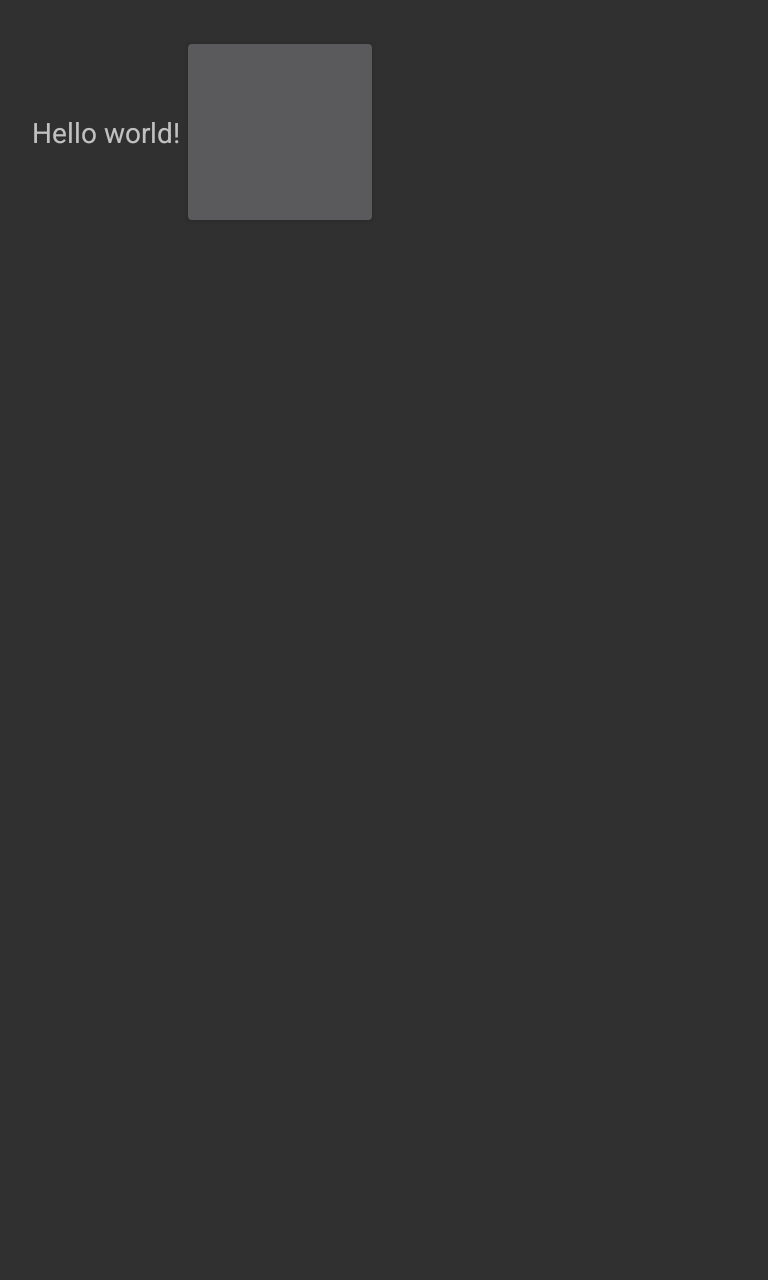
Repository: CarathrynBeutel/CSCI-448
Layout: Project 2/workspace/TicTacToe/res/layout/activity_main.xml
The author's editor kept a copy of each file at every save. The layout is drawn from the files as they stood at one save, then again after the next save.
It is drawn on a 768 x 1280 px phone screen (xhdpi) without system bars, with theme Theme.AppCompat; the app's code is not run.

Above is the layout before, as saved 2015-03-29 18:42:49.

### Project 2/workspace/TicTacToe/res/layout/activity_main.xml
<LinearLayout xmlns:android="http://schemas.android.com/apk/res/android"
    xmlns:tools="http://schemas.android.com/tools"
    android:layout_width="match_parent"
    android:layout_height="match_parent"
    android:paddingBottom="@dimen/activity_vertical_margin"
    android:paddingLeft="@dimen/activity_horizontal_margin"
    android:paddingRight="@dimen/activity_horizontal_margin"
    android:paddingTop="@dimen/activity_vertical_margin"
    tools:context="com.example.tictactoe.MainActivity" >

    <TextView
        android:layout_width="wrap_content"
        android:layout_height="wrap_content"
        android:text="@string/hello_world" />

    <Button android:id="@+id/button1"
        android:layout_width="200px"
        android:layout_height="200px"
        android:text=""
        android:onClick="onButtonClick" />

</LinearLayout>

### Project 2/workspace/TicTacToe/res/values/strings.xml
<?xml version="1.0" encoding="utf-8"?>
<resources>

    <string name="app_name">TicTacToe</string>
    <string name="hello_world">Hello world!</string>
    <string name="action_settings">Settings</string>
    <string name="button1">button1</string>

</resources>

Loaded but not shown: Project 2/workspace/TicTacToe/res/values/dimens.xml (common file); Project 2/workspace/TicTacToe/res/values-w820dp/dimens.xml (common file)

After the next save:
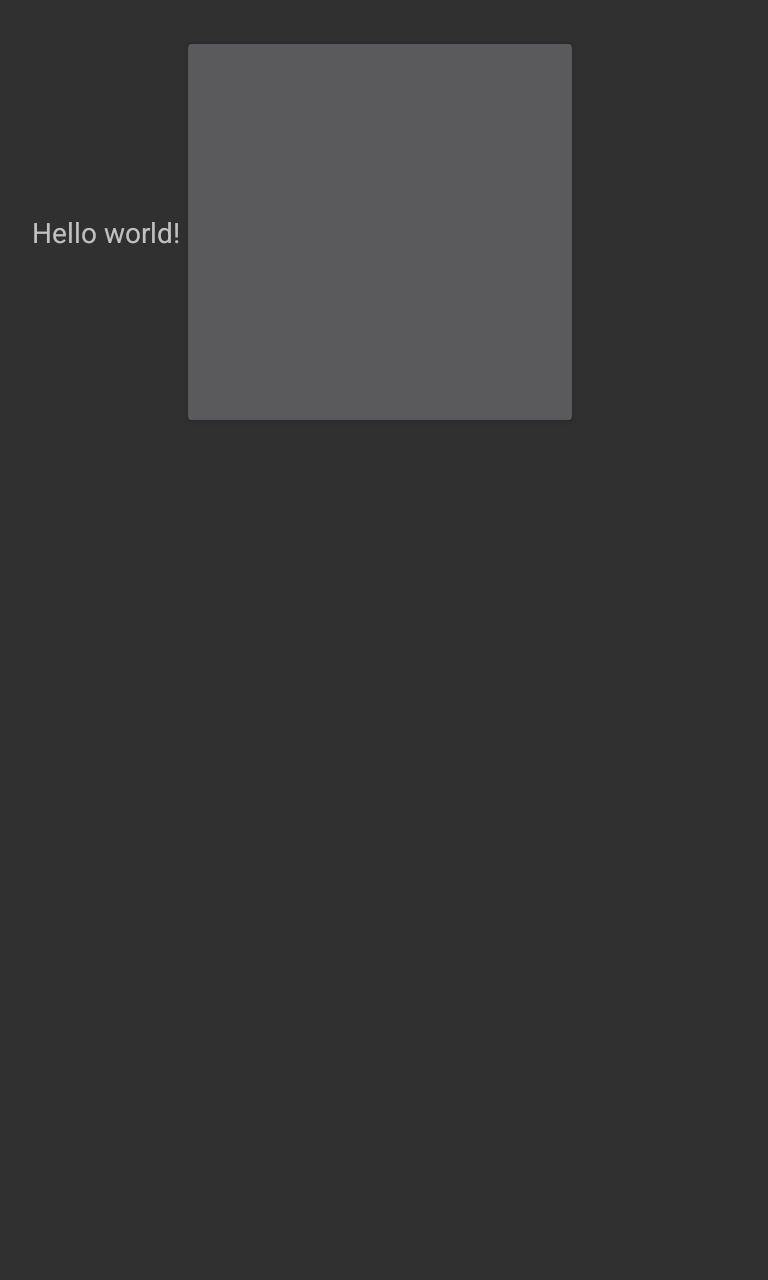
Saved 10 s later.
--- a/Project 2/workspace/TicTacToe/res/layout/activity_main.xml
+++ b/Project 2/workspace/TicTacToe/res/layout/activity_main.xml
@@ -14,8 +14,8 @@
         android:text="@string/hello_world" />
 
     <Button android:id="@+id/button1"
-        android:layout_width="200px"
-        android:layout_height="200px"
+        android:layout_width="200dp"
+        android:layout_height="200dp"
         android:text=""
         android:onClick="onButtonClick" />
 

After the save that followed:
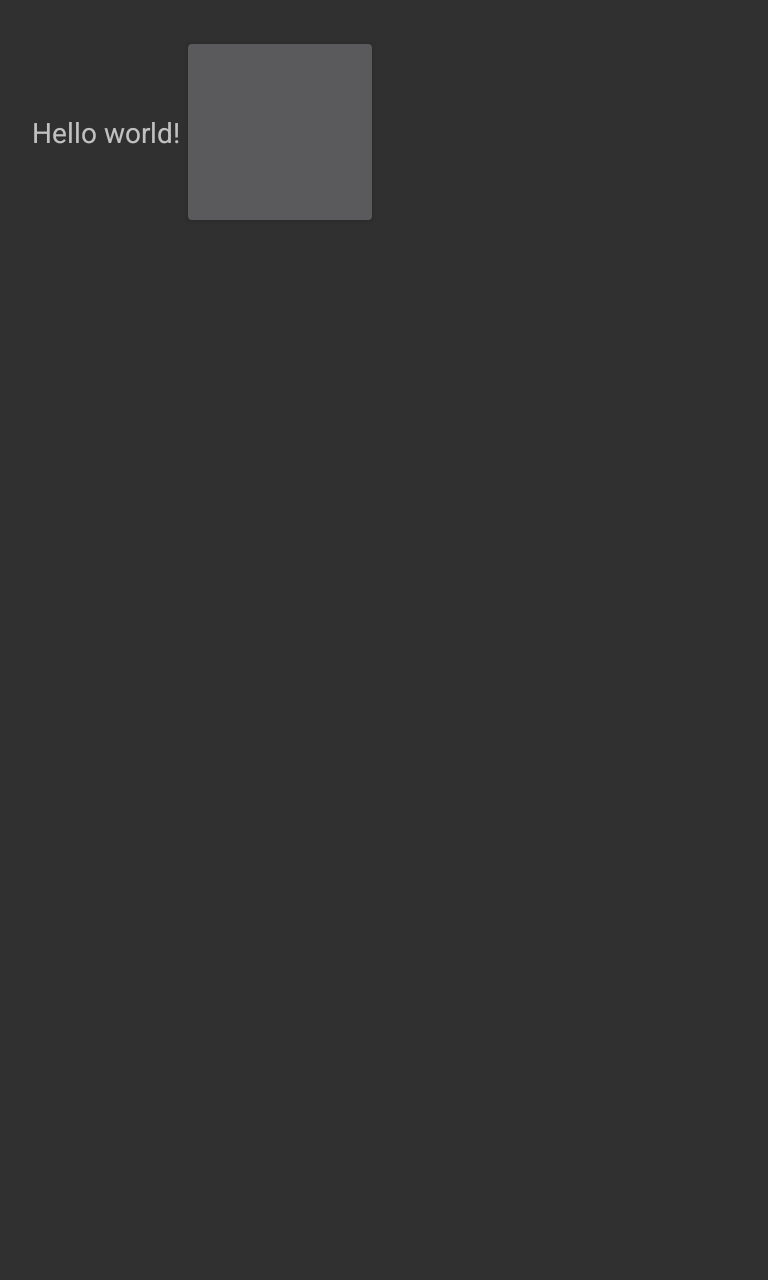
Saved 3 min 19 s later.
--- a/Project 2/workspace/TicTacToe/res/layout/activity_main.xml
+++ b/Project 2/workspace/TicTacToe/res/layout/activity_main.xml
@@ -14,8 +14,8 @@
         android:text="@string/hello_world" />
 
     <Button android:id="@+id/button1"
-        android:layout_width="200dp"
-        android:layout_height="200dp"
+        android:layout_width="100dp"
+        android:layout_height="100dp"
         android:text=""
         android:onClick="onButtonClick" />
 
